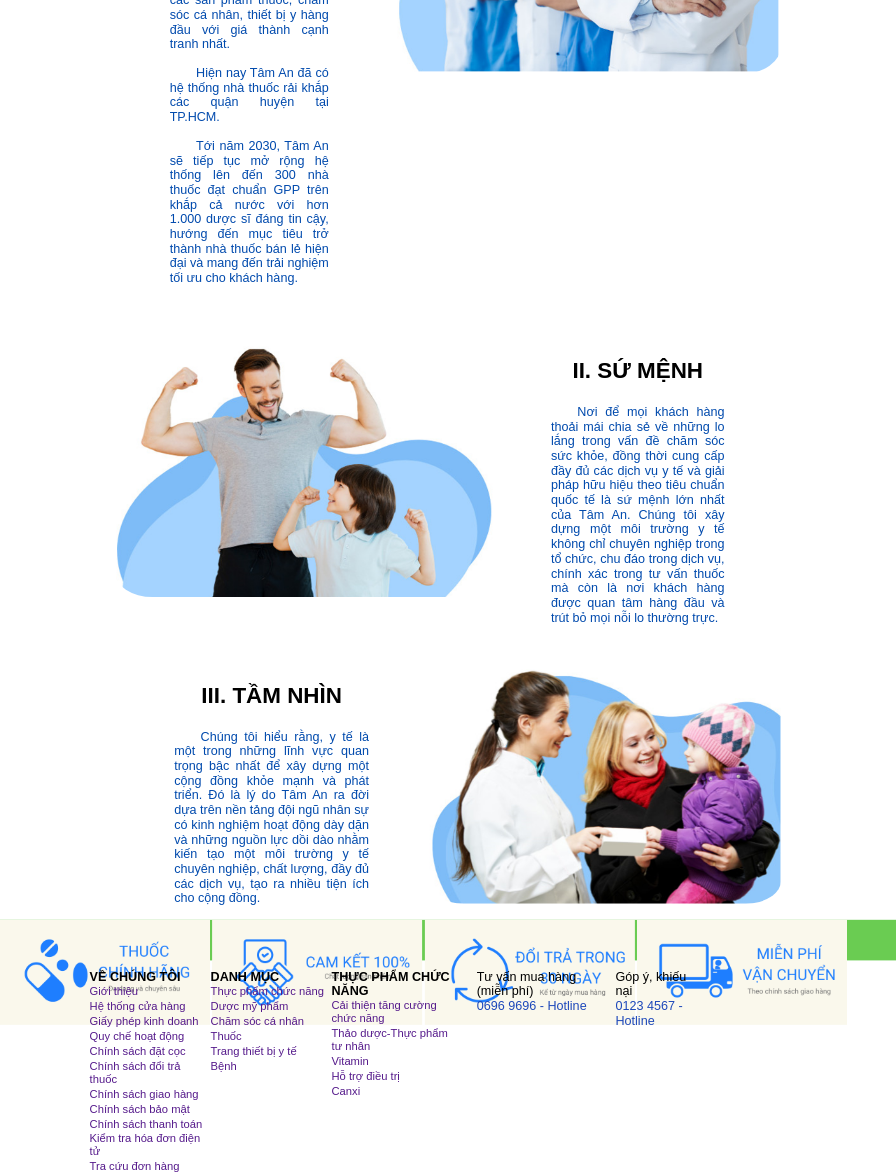
Repository: ViralAIWorks/TamAnPharmacy.github.io
Page: pages/thongtin.html
These files come from the project's save history. The page is drawn as it stood at one moment and after the next save; the edit follows.
The browser window is 1280 px wide. The pictures show the part of the page from y = 900 to 2820 px (the page is 2578 px tall before and 2820 px after), at 70% of full size.
Some web fonts or font styles are not loaded; a fallback is used.

Above is the page before, as saved 2022-03-16 08:07:25.

### pages/thongtin.html
<!DOCTYPE html>

<html lang="en">

<head>
    <meta charset="utf-8" />
    <meta http-equiv="X-UA-Compatible" content="IE-edge" />
    <meta name="viewport" content="width=devive-width, initial-scale=1.0" />
    <title>Tâm An - About Us</title>
    <link href="images/logo/Tâm An Pharmacy.png" rel="icon" />
    <!--CSS cho icon va framework-->
    <link rel="stylesheet" href="https://cdnjs.cloudflare.com/ajax/libs/font-awesome/5.15.4/css/all.min.css" />
    <!--Custom css-->
    <link href="style/style_cactrang.css" rel="stylesheet" />
    <!--Css cho mobile-->
    <link rel="stylesheet" href="https://unpkg.com/swiper@7/swiper-bundle.min.css" />
</head>

<body>
    <!--Tạo header-->
    <header class="header">
        <a href="../index.html">

            <img src="images/logo/logo2.png" class="logo" width="200" height="200" alt="tamanlogo" />
        </a>
        <!--tao thanh navbar-->
        <nav class="navbar">
            <a href="thuoc.html">THUỐC</a>
            <a href="thietbiyte.html">THIẾT BỊ Y TẾ</a>
            <a href="chamsoccanhan.html">CHĂM SÓC CÁ NHÂN</a>
            <a href="suckhoe.html">SỨC KHỎE</a>
            <a href="thongtin.html">THÔNG TIN</a>
        </nav>
        <!--tao thanh tim kiem, gio hang va nutlogin-->
        <div class="icons">
            <div class="fas fa-search" id="search-btn"></div>
            <div class="fas fa-shopping-cart" id="cart-btn"></div>
            <div class="fas fa-user" id="login-btn"></div>
        </div>

        <!--Tao form tim kiem-->
        <form action="" class="search-form">
            <input type="search" id="search-box" placeholder="Tìm kiếm tại đây..." />
            <label for="search-box" class="fas fa-search"></label>
        </form>
    </header>

    <!-- bodythongtin -->
    <main class="pagethongtin">
        <img src="images/aboutus.jpg" id="aboutus-picture">
        <br>
        <div class="content">
            <!-- Về chúng tôi -->
            <div class="infomation">
                <div class="flex-info">
                    <div>
                        <h3 class="titleSize">I. VỀ CHÚNG TÔI</h3>
                        <p class="align-p"> Được thành lập vào năm 2021, Nhà thuốc Tâm an là một trong những startup dược phẩm triển vọng nhất tại Việt Nam. Đến nay Tâm An sở hữu mang lưới hơn 10 nhà thuốc đạt chuẩn GPP trên toàn quốc, cùng đội ngũ hơn 50 dược sĩ đáng tin
                            cậy, cung cấp các sản phẩm thuốc, chăm sóc cá nhân, thiết bị y hàng đầu với giá thành cạnh tranh nhất.
                            <p class="align-p"> Hiện nay Tâm An đã có hệ thống nhà thuốc rải khắp các quận huyện tại TP.HCM.</p>
                            <p class="align-p"> Tới năm 2030, Tâm An sẽ tiếp tục mở rộng hệ thống lên đến 300 nhà thuốc đạt chuẩn GPP trên khắp cả nước với hơn 1.000 dược sĩ đáng tin cậy, hướng đến mục tiêu trở thành nhà thuốc bán lẻ hiện đại và mang đến trải nghiệm tối
                                ưu cho khách hàng.</p>
                        </p>
                    </div>
                    <right>
                        <img src="images/4NewInfo/2.png" class="img25-position">
                    </right>
                </div>
            </div>
            <br>
            <!-- Sứ mệnh -->
            <div class="destiny">
                <div class="grid-des">
                    <left>
                        <img src="images/4NewInfo/3.png" id="img3-position">
                    </left>
                    <div>
                        <h3 class="titleSize">II. SỨ MỆNH</h3>
                        <p class="align-p">Nơi để mọi khách hàng thoải mái chia sẻ về những lo lắng trong vấn đề chăm sóc sức khỏe, đồng thời cung cấp đầy đủ các dịch vụ y tế và giải pháp hữu hiệu theo tiêu chuẩn quốc tế là sứ mệnh lớn nhất của Tâm An. Chúng tôi xây dựng
                            một môi trường y tế không chỉ chuyên nghiệp trong tổ chức, chu đáo trong dịch vụ, chính xác trong tư vấn thuốc mà còn là nơi khách hàng được quan tâm hàng đầu và trút bỏ mọi nỗi lo thường trực.</p>
                    </div>
                </div>
            </div>
            <br>
            <!-- Tầm nhìn -->
            <div class="vision">
                <div class="flex-vision">
                    <div>
                        <h3 class="titleSize">III. TẦM NHÌN</h3>
                        <p class="align-p">Chúng tôi hiểu rằng, y tế là một trong những lĩnh vực quan trọng bậc nhất để xây dựng một cộng đồng khỏe mạnh và phát triển. Đó là lý do Tâm An ra đời dựa trên nền tảng đội ngũ nhân sự có kinh nghiệm hoạt động dày dặn và những
                            nguồn lực dồi dào nhằm kiến tạo một môi trường y tế chuyên nghiệp, chất lượng, đầy đủ các dịch vụ, tạo ra nhiều tiện ích cho cộng đồng.</p>
                    </div>
                    <right>
                        <img src="images/4NewInfo/5.png" class="img25-position">
                    </right>
                </div>
            </div>
        </div>
    </main>
</body>
<footer>
    <div class="ft-bar">
        <div class="ft-display_img">
            <img src="/pages/images/Footer-ThongTin/thuoc.png" width="300vw" alt="">
            <img src="/pages/images/Footer-ThongTin/camket.png" width="300vw" alt="">
            <img src="/pages/images/Footer-ThongTin/doitra.png" width="300vw" alt="">
            <img src="/pages/images/Footer-ThongTin/free.png" width="300vw" alt="">

        </div>
    </div>
    <div class="list">
        <div class="footer-menu">
            <h2>VỀ CHÚNG TÔI</h2>
            <div class="ft-list">
                <a href=""> Giới thiệu </a>
                <a href=""> Hệ thống cửa hàng </a>
                <a href=""> Giấy phép kinh doanh </a>
                <a href=""> Quy chế hoạt động </a>
                <a href=""> Chính sách đặt cọc </a>
                <a href=""> Chính sách đổi trả thuốc </a>
                <a href=""> Chính sách giao hàng </a>
                <a href=""> Chính sách bảo mật </a>
                <a href=""> Chính sách thanh toán </a>
                <a href=""> Kiểm tra hóa đơn điện tử </a>
                <a href=""> Tra cứu đơn hàng </a>
            </div>
        </div>
        <div class="footer-menu">
            <h2>DANH MỤC</h2>
            <div class="ft-list">
                <a href=""> Thực phẩm chức năng </a>
                <a href=""> Dược mỹ phẩm </a>
                <a href=""> Chăm sóc cá nhân </a>
                <a href=""> Thuốc </a>
                <a href=""> Trang thiết bị y tế </a>
                <a href=""> Bệnh </a>
            </div>
        </div>
        <div class="footer-menu">
            <h2>THỰC PHẨM CHỨC NĂNG</h2>
            <div class="ft-list">
                <a href="">Cải thiện tăng cường chức năng</a>
                <a href=""> Thảo dược-Thực phẩm tư nhân </a>
                <a href=""> Vitamin </a>
                <a href=""> Hỗ trợ điều trị </a>
                <a href=""> Canxi </a>
            </div>
        </div>
        <div class="footer-contact_width">
            <div class="ft-contact">
                <div>
                    <p class="ft-service">Tư vấn mua hàng (miễn phí)</p>
                    <a href="" class="phone">0696 9696 - Hotline</a>
                </div>
                <div>
                    <p class="ft-service">Góp ý, khiếu nại</p>
                    <a href="" class="phone">0123 4567 - Hotline</a>
                </div>

            </div>
        </div>
    </div>
</footer>

</html>

### pages/style/style_cactrang.css
@import url("https://fonts.googleapis.com/css2?family=Source+Sans+3:ital,wght@0,200;0,300;0,400;0,500;0,600;0,700;0,800;0,900;1,200;1,300;1,400;1,500;1,600;1,700;1,800;1,900&display=swap");
:root {
    --box-shadow: 0 0.5rem 1.5rem rgba(0, 0, 0, 0.1);
    --border: 0.2rem solid rgba(0, 0, 0, 0.1);
    --outline: 0.1rem solid rgba(0, 0, 0, 0.1);
    --outline-hover: 0.2rem solid var(--black);
}


/*css cho nen trang web*/

* {
    font-family: "Source Sans 3", sans-serif;
    padding: 0px;
    margin: 0px;
    box-sizing: border-box;
    outline: none;
    border: none;
    text-decoration: none;
    text-transform: None;
    transition: all 0.2s linear;
}

body {
    margin: 0 auto;
    width: auto;
}


/*html*/

html {
    font-size: 75%;
}


/*css cho header*/

.header {
    display: flex;
    justify-content: space-between;
    align-items: center;
    padding: 0px 5%;
    position: fixed;
    top: 0;
    left: 0;
    right: 0;
    background: white;
    z-index: 1000;
    box-shadow: var(--box-shadow);
    max-height: 100px;
}

.header .logo {
    cursor: pointer;
}

.header .navbar a {
    font-size: 16px;
    font-family: "Source Sans 3", sans-serif;
    color: #004aad;
    font-weight: 500;
    text-decoration: none;
    transition: all 0.3s ease 0s;
    display: inline-block;
    padding: 0px 10px;
}


/*hover: hieu ung khi di chuot toi vi tri*/

.header .navbar a:hover {
    color: aqua;
}

.header .icons div:hover {
    color: white;
}

.header .search-form label:hover {
    color: Highlight;
}

.header .icons div {
    height: 40px;
    width: 40px;
    line-height: 40px;
    border-radius: 5px;
    background: #b6cff9;
    color: var(--black);
    font-size: 20px;
    margin-left: 2px;
    cursor: pointer;
    text-align: center;
}


/*an icon tim kiem lon*/

#search-btn {
    display: none;
}

.header .search-form {
    position: sticky;
    overflow: hidden;
    border-radius: 10px;
    display: flex;
    box-shadow: var(--box-shadow);
    align-items: center;
    width: auto;
    height: 40px;
    border-style: solid;
    border-color: #004aad;
}

.header .search-form.active {
    right: 2rem;
    transition: 0.4s linear;
}

.header .search-form input {
    height: 100%;
    width: 100%;
    background: none;
    text-transform: none;
    font-size: 16px;
    color: var(--black);
    padding: 0px 10px;
}


/* icon kính lúp*/

.header .search-form label {
    font-size: 20px;
    padding-right: 10px;
    color: var(--black);
    cursor: pointer;
}


/*Picture*/

#aboutus-picture {
    position: center;
    width: 100%;
    height: 100%;
    display: block;
    padding-top: 2%;
}


/*Page Thong Tin*/

.pagethongtin {
    margin-top: 100px;
    margin-left: 5%;
    margin-right: 5%;
    font-family: "Source Sans 3", sans-serif;
    font-size: large;
}

main div h3 {
    text-align: center;
}

main div p {
    text-indent: 1cm;
    text-align: justify;
    margin: 1px 10%;
    padding-bottom: 0.5cm;
}

main {
    display: grid;
    grid-template-rows: auto;
}

.titleSize {
    font-size: xx-large;
    margin-bottom: 30px;
}

.flex-info,
.flex-vision {
    display: flex;
}

.content div {
    margin-top: 2%;
    padding: 0 50px;
}

.align-p {
    padding: 0 0 auto auto;
    color: #004aad;
}

.grid-des {
    display: flex;
}

#img3-position {
    text-align: right;
    border-radius: 10%;
}

.img25-position {
    border-radius: 10%;
    text-align: right;
}

.ft-bar {
    background-color: rgb(106, 204, 82);
    height: 8vh;
}

.list {
    display: flex;
    margin-left: 10%;
    margin-top: 1%;
    text-align: left;
}

.footer-menu {
    width: 15%;
}

.footer-contact_width {
    width: 30%;
}

.ft-list {
    display: grid;
    font-size: medium;
}

.ft-list a {
    padding: 1% 0;
}

.ft-contact {
    display: flex;
}

.ft-contact div {
    padding-left: 10%;
    font-size: large;
}

.phone {
    color: #1d48ba;
    display: inline;
}

After the next save:
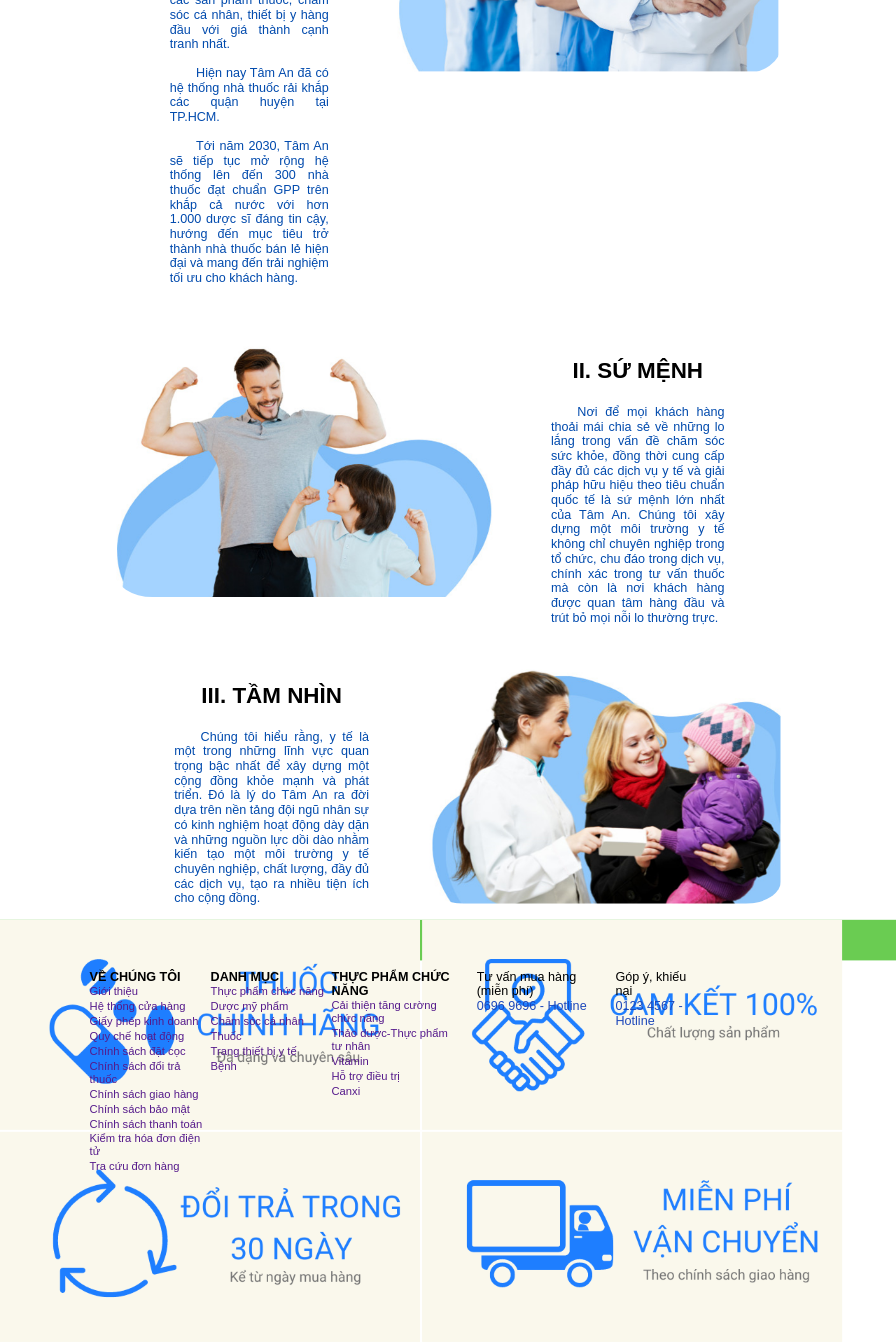
Saved 40 s later.
--- a/pages/thongtin.html
+++ b/pages/thongtin.html
@@ -101,10 +101,10 @@
 <footer>
     <div class="ft-bar">
         <div class="ft-display_img">
-            <img src="/pages/images/Footer-ThongTin/thuoc.png" width="300vw" alt="">
-            <img src="/pages/images/Footer-ThongTin/camket.png" width="300vw" alt="">
-            <img src="/pages/images/Footer-ThongTin/doitra.png" width="300vw" alt="">
-            <img src="/pages/images/Footer-ThongTin/free.png" width="300vw" alt="">
+            <img src="/pages/images/Footer-ThongTin/thuoc.png" alt="">
+            <img src="/pages/images/Footer-ThongTin/camket.png" alt="">
+            <img src="/pages/images/Footer-ThongTin/doitra.png" alt="">
+            <img src="/pages/images/Footer-ThongTin/free.png" alt="">
 
         </div>
     </div>
